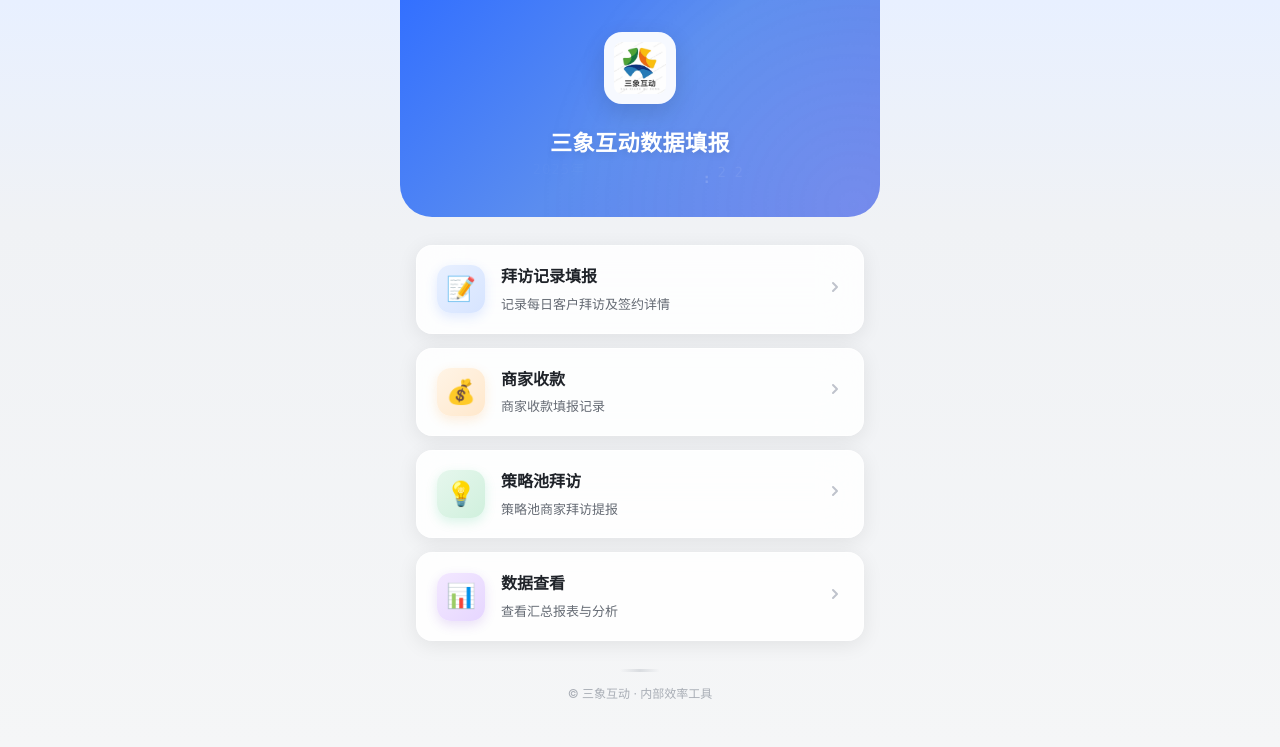
Repository: l33ov44e/H5
Page: index.html
An editor plug-in stored every save of this project. The page is shown before and after the next save, followed by the edit.
The browser window is 1280 px wide. The pictures show the whole page.

Above is the page before, as saved 2026-01-03 13:57:14.

After the next save:
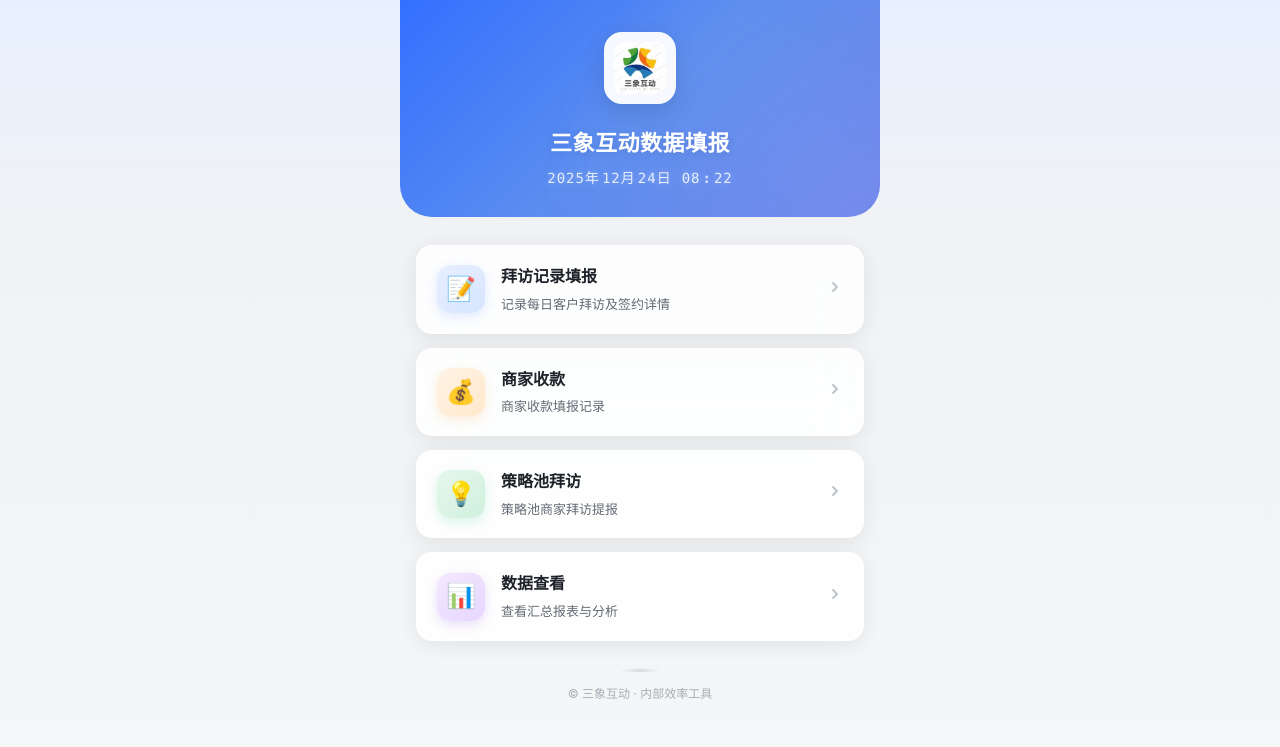
Saved 13 s later.
--- a/index.html
+++ b/index.html
@@ -449,43 +449,30 @@
             const hours = String(now.getHours()).padStart(2, '0');
             const minutes = String(now.getMinutes()).padStart(2, '0');
 
-            const currentTimeStr = `${hours}${minutes}`;
             const dateTimeEl = document.getElementById('currentDateTime');
 
-            // 构建带特效的 HTML
+            // 简洁的日期时间显示（无频繁动画）
             const html = `
                 <span class="datetime-display">
                     <span class="date-part">${year}年</span>
                     <span class="date-part">${month}月</span>
                     <span class="date-part">${day}日</span>
                     <span class="date-part" style="margin-left: 8px;">
-                        <span class="time-num" id="hour1">${hours[0]}</span><span class="time-num" id="hour2">${hours[1]}</span>
+                        <span class="time-num">${hours}</span>
                     </span>
                     <span class="time-separator">:</span>
                     <span class="date-part">
-                        <span class="time-num" id="min1">${minutes[0]}</span><span class="time-num" id="min2">${minutes[1]}</span>
+                        <span class="time-num">${minutes}</span>
                     </span>
                 </span>
             `;
 
-            // 如果时间变化，添加翻转动画
-            if (lastTimeStr && lastTimeStr !== currentTimeStr) {
-                dateTimeEl.innerHTML = html;
-                // 检测哪些数字变化了并添加动画
-                if (lastTimeStr[0] !== currentTimeStr[0]) document.getElementById('hour1')?.classList.add('flip');
-                if (lastTimeStr[1] !== currentTimeStr[1]) document.getElementById('hour2')?.classList.add('flip');
-                if (lastTimeStr[2] !== currentTimeStr[2]) document.getElementById('min1')?.classList.add('flip');
-                if (lastTimeStr[3] !== currentTimeStr[3]) document.getElementById('min2')?.classList.add('flip');
-            } else {
-                dateTimeEl.innerHTML = html;
-            }
-
-            lastTimeStr = currentTimeStr;
-        }
-
-        // 初始化并每秒检查更新（让冒号闪烁更流畅）
+            dateTimeEl.innerHTML = html;
+        }
+
+        // 初始化并每分钟更新一次（减少更新频率）
         updateDateTime();
-        setInterval(updateDateTime, 1000);
+        setInterval(updateDateTime, 60000);
     </script>
 </body>
 </html>
